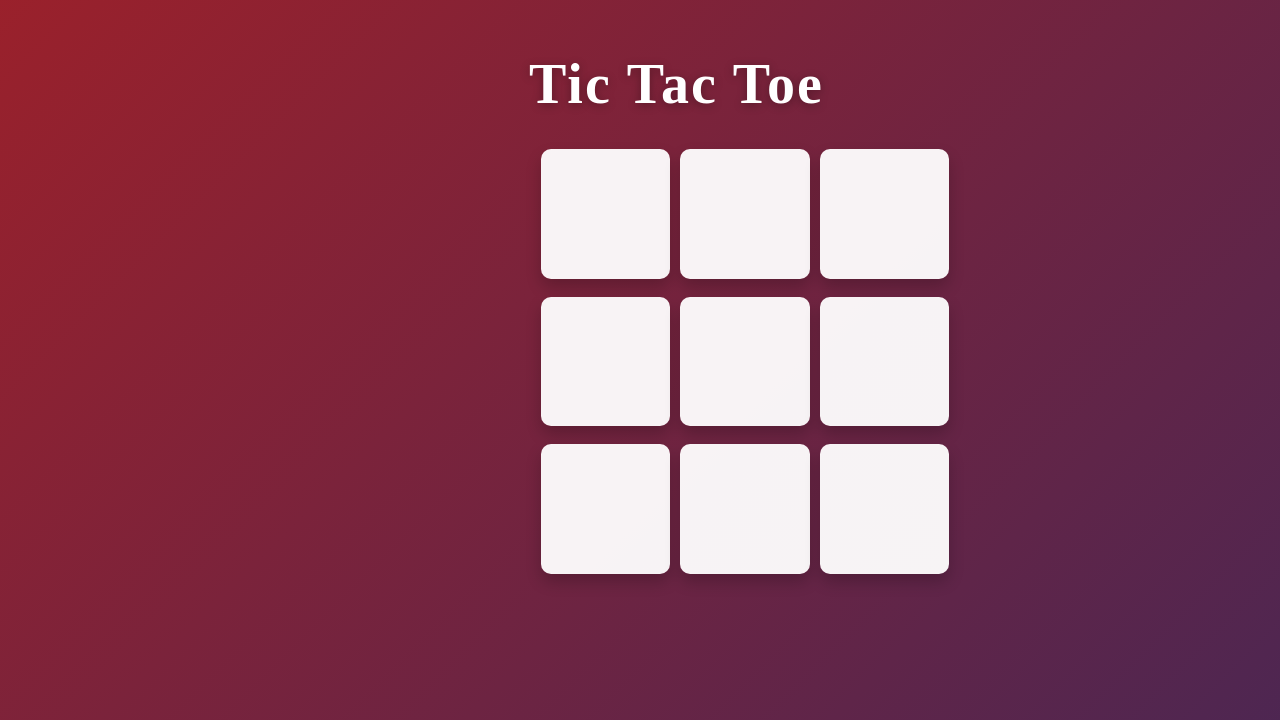
Repository: AreezAnsari/Tic-Tac-Toe
Page: Game/Game.html
The author's editor kept a copy of each file at every save. The page is drawn from the files as they stood at one save, then again after the next save.
The browser window is 1280 px wide. The pictures show the whole page.

Above is the page before, as saved 2025-07-22 07:08:00.
Console error: TypeError: box.addEventListener is not a function

After the next save:
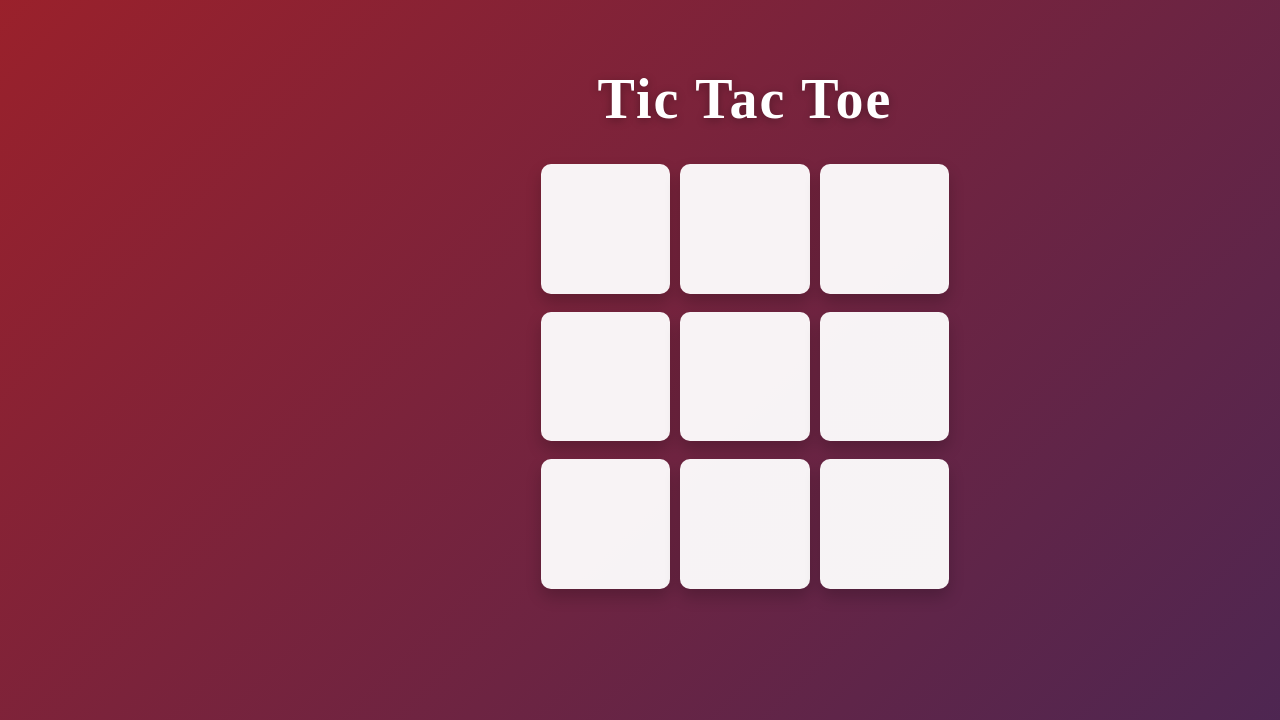
Saved 56 s later.
--- a/Game/Game.html
+++ b/Game/Game.html
@@ -7,15 +7,16 @@
     <link rel="stylesheet" href="Game.css">
 </head>
 <body>
+  <div class="msg-container hide">
+    <p class="msg">Winner</p>
+    <button class="new-btn">New Game</button>
+  </div>
 
-    <div class="msg-container hide">
-        <p class="msg">Winner</p>
-        <button class="new-btn">New Game</button>
-    </div>
-    <main>
-        <h1>Tic Tac Toe</h1>
+  <main>
     <div class="container">
-        <div class="game">
+      <h1>Tic Tac Toe</h1>
+
+      <div class="game">
         <button class="box"></button>
         <button class="box"></button>
         <button class="box"></button>
@@ -25,10 +26,13 @@
         <button class="box"></button>
         <button class="box"></button>
         <button class="box"></button>
-        </div>
-        </div>
-        <button class="reset-btn hide">Reset</button>
-    </main>
-    <script src="Game.js"></script>
+      </div>
+
+      <button class="reset-btn hide">Reset</button>
+    </div>
+  </main>
+
+  <script src="Game.js"></script>
 </body>
+
 </html>
